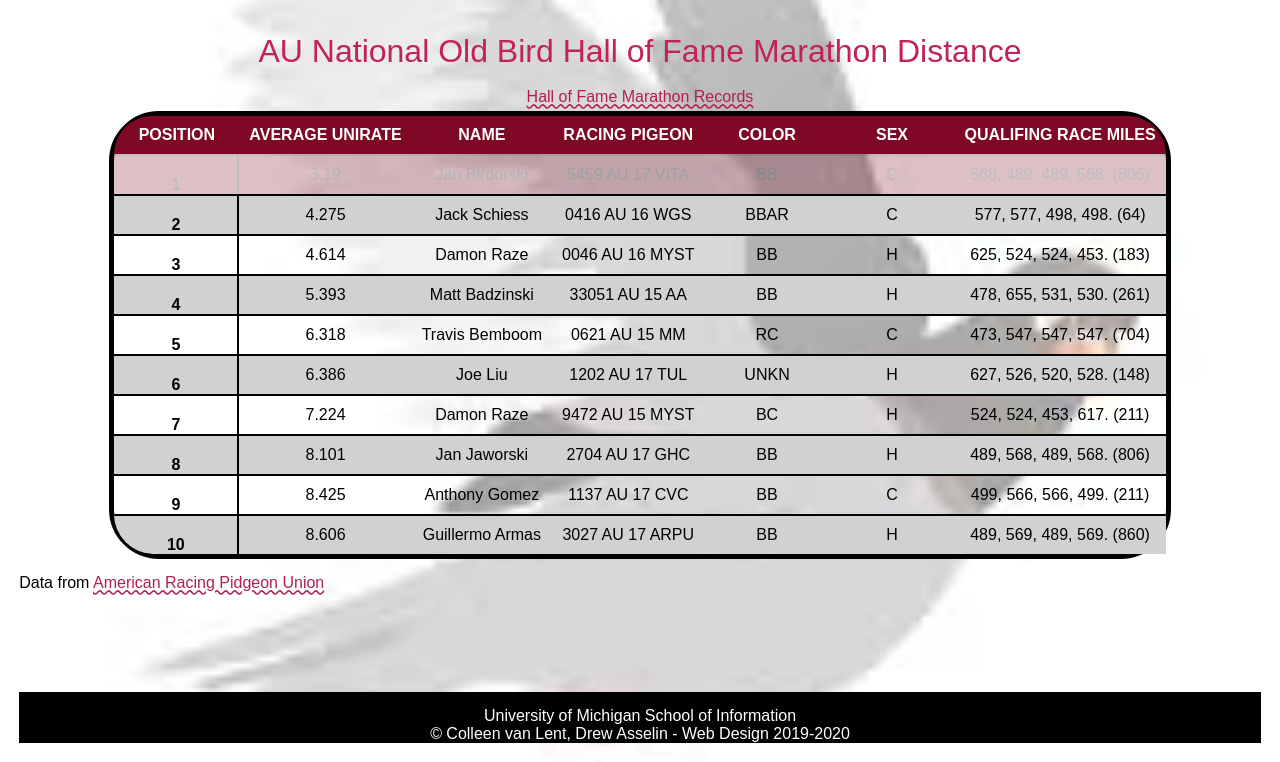
Repository: jiaqili0803/SI_539
Page: hw4-2021-main/hw4-2021-main/index.html
An editor plug-in stored every save of this project. The page is shown before and after the next save, followed by the edit.
The browser window is 1280 px wide. The pictures show the whole page.
The pointer rests on the first visible `tbody tr`.
Some web fonts or font styles are not loaded; a fallback is used.

Above is the page before, as saved 2021-10-02 18:34:03.

### hw4-2021-main/hw4-2021-main/index.html
<!DOCTYPE html>
<html lang="en">
  <head>
    <meta charset="UTF-8">
    <link rel="shortcut icon" type="image/png" href="images/pigeon-icon.png"/>
    <link rel="stylesheet", type="text/css" href="css/html5reset.css">
    <link rel="stylesheet", type="text/css" href="css/style.css">
    <link href='https://fonts.googleapis.com/css?family=Andika' rel='stylesheet'>

    <!-- Image by <a href="https://pixabay.com/users/chiplanay-1971251/?utm_source=link-attribution&amp;utm_medium=referral&amp;utm_campaign=image&amp;utm_content=3303111">chiplanay</a> from <a href="https://pixabay.com/?utm_source=link-attribution&amp;utm_medium=referral&amp;utm_campaign=image&amp;utm_content=3303111">Pixabay</a> -->
    <title>2021 AU National Old Bird Hall of Fame Marathon Distance</title>
  </head>
  <!-- ***************************************
  * Tips!
  *
  * Remember there are two parts of a table - thead and tbody!
  *        This will be helpful to remember when making rounded corners.
  *
  * Classes that are in-line are helpful for formatting the parts you want.
  *        But what if you want to format something programmatically? Remember Psuedoclasses!
  *
  * Setting background images in CSS can be alittle tricky. Double-check the formatting!
  *        It works a litle differently than adding images in HTML
  *
  * Remember you want the footer to always be at the very bottom of the page.
  *        Remember the different kinds of positining. You also might want to look at the margins for the main section!
  *
  * Using web fonts requires two parts - one goes in the HTML and one goes in the CSS
  *
  * You can do it! (*•̀ᴗ•́*)و
  ******************************************** -->
  <body>
    <h1>AU National Old Bird Hall of Fame Marathon Distance</h1>
    <main>
      <table>
        <caption><a href = "https://pigeon-ndb.com/results/">Hall of Fame Marathon Records</a></caption>
      <thead>
        <tr>
          <th scope="col" class="colhead">Position</th>
          <th scope="col" class="colhead">Average Unirate</th>
          <th scope="col" class="colhead">Name</th>
          <th scope="col" class="colhead">Racing Pigeon</th>
          <th scope="col" class="colhead">Color</th>
          <th scope="col" class="colhead">Sex</th>
          <th scope="col" class="colhead">Qualifing Race Miles</th>
        </tr>
      </thead>
      <tbody>
       <tr>
         <th scope="row" class="rowhead">1</th>
         <td>3.19</td>
         <td>Jan Birdorski</td>
         <td>5459 AU 17 VITA</td>
         <td>BB</td>
         <td>C</td>
         <td>568, 489, 489, 568. (806)</td>
       </tr>
       <tr>
         <th scope="row" class="rowhead">2</th>
         <td>4.275</td>
         <td>Jack Schiess</td>
         <td>0416 AU 16 WGS</td>
         <td>BBAR</td>
         <td>C</td>
         <td>577, 577, 498, 498. (64)</td>
       </tr>
       <tr>
         <th scope="row" class="rowhead">3</th>
         <td>4.614</td>
         <td>Damon Raze</td>
         <td>0046 AU 16 MYST</td>
         <td>BB</td>
         <td>H</td>
         <td>625, 524, 524, 453. (183)</td>
       </tr>
       <tr>
         <th scope="row" class="rowhead">4</th>
         <td>5.393</td>
         <td>Matt Badzinski</td>
         <td>33051 AU 15 AA</td>
         <td>BB</td>
         <td>H</td>
         <td>478, 655, 531, 530. (261)</td>
       </tr>
       <tr>
         <th scope="row" class="rowhead">5</th>
         <td>6.318</td>
         <td>Travis Bemboom</td>
         <td>0621 AU 15 MM</td>
         <td>RC</td>
         <td>C</td>
         <td>473, 547, 547, 547. (704)</td>
       </tr>
       <tr>
         <th scope="row" class="rowhead">6</th>
         <td>6.386</td>
         <td>Joe Liu</td>
         <td>1202 AU 17 TUL</td>
         <td>UNKN</td>
         <td>H</td>
         <td>627, 526, 520, 528. (148)</td>
       </tr>
       <tr>
         <th scope="row" class="rowhead">7</th>
         <td>7.224</td>
         <td>Damon Raze</td>
         <td>9472 AU 15 MYST</td>
         <td>BC</td>
         <td>H</td>
         <td>524, 524, 453, 617. (211)</td>
       </tr>
       <tr>
         <th scope="row" class="rowhead">8</th>
         <td>8.101</td>
         <td>Jan Jaworski</td>
         <td>2704 AU 17 GHC</td>
         <td>BB</td>
         <td>H</td>
         <td>489, 568, 489, 568. (806)</td>
       </tr>
       <tr>
         <th scope="row" class="rowhead">9</th>
         <td>8.425</td>
         <td>Anthony Gomez</td>
         <td>1137 AU 17 CVC</td>
         <td>BB</td>
         <td>C</td>
         <td>499, 566, 566, 499. (211)</td>
       </tr>
       <tr>
         <th scope="row" class="rowhead">10</th>
         <td>8.606</td>
         <td>Guillermo Armas</td>
         <td>3027 AU 17 ARPU</td>
         <td>BB</td>
         <td>H</td>
         <td>489, 569, 489, 569. (860)</td>
       </tr>
      </tbody>
    </table>
    <p class="datacite">Data from <a href="https://pigeon-ndb.com/results/hof">American Racing Pidgeon Union</a></p>
    </main>
    <footer>
      <p>University of Michigan School of Information <br/>
        &copy; Colleen van Lent, Drew Asselin - Web Design 2019-2020</p>
    </footer>
  </body>
</html>

### hw4-2021-main/hw4-2021-main/css/html5reset.css
/*
    HTML5 Reset :: style.css
    ----------------------------------------------------------
    We have learned much from/been inspired by/taken code where offered from:
    Eric Meyer                  :: http://meyerweb.com
    HTML5 Doctor                :: http://html5doctor.com
    and the HTML5 Boilerplate   :: http://html5boilerplate.com
-------------------------------------------------------------------------------*/

/* Let's default this puppy out
-------------------------------------------------------------------------------*/

html, body, body div, span, object, iframe, h1, h2, h3, h4, h5, h6, p, blockquote, pre, abbr, address, cite, code, del, dfn, em, img, ins, kbd, q, samp, small, strong, sub, sup, var, b, i, dl, dt, dd, ol, ul, li, fieldset, form, label, legend, table, caption, tbody, tfoot, thead, tr, th, td, article, aside, figure, footer, header, menu, nav, section, time, mark, audio, video, details, summary {
    margin: 0;
    padding: 0;
    border: 0;
    font-size: 100%;
    font-weight: normal;
    vertical-align: baseline;
    background: transparent;
}

main, article, aside, figure, footer, header, nav, section, details, summary {display: block;}

/* Handle box-sizing while better addressing child elements:
   http://css-tricks.com/inheriting-box-sizing-probably-slightly-better-best-practice/ */
html {
    box-sizing: border-box;
}

*,
*:before,
*:after {
    box-sizing: inherit;
}

/* consider resetting the default cursor: https://gist.github.com/murtaugh/5247154 */

/* Responsive images and other embedded objects */
/* if you don't have full control over `img` tags (if you have to overcome attributes), consider adding height: auto */
img,
object,
embed {max-width: 100%;}

/*
   Note: keeping IMG here will cause problems if you're using foreground images as sprites.
    In fact, it *will* cause problems with Google Maps' controls at small size.
    If this is the case for you, try uncommenting the following:
#map img {
        max-width: none;
}
*/

/* force a vertical scrollbar to prevent a jumpy page */
html {overflow-y: scroll;}

/* we use a lot of ULs that aren't bulleted.
    you'll have to restore the bullets within content,
    which is fine because they're probably customized anyway */
ul {list-style: none;}

blockquote, q {quotes: none;}

blockquote:before,
blockquote:after,
q:before,
q:after {content: ''; content: none;}

a {margin: 0; padding: 0; font-size: 100%; vertical-align: baseline; background: transparent;}

del {text-decoration: line-through;}

abbr[title], dfn[title] {border-bottom: 1px dotted #000; cursor: help;}

/* tables still need cellspacing="0" in the markup */
table {border-collapse: separate; border-spacing: 0;}
th {font-weight: bold; vertical-align: bottom;}
td {font-weight: normal; vertical-align: top;}

hr {display: block; height: 1px; border: 0; border-top: 1px solid #ccc; margin: 1em 0; padding: 0;}

input, select {vertical-align: middle;}

pre {
    white-space: pre; /* CSS2 */
    white-space: pre-wrap; /* CSS 2.1 */
    white-space: pre-line; /* CSS 3 (and 2.1 as well, actually) */
    word-wrap: break-word; /* IE */
}

input[type="radio"] {vertical-align: text-bottom;}
input[type="checkbox"] {vertical-align: bottom;}
.ie7 input[type="checkbox"] {vertical-align: baseline;}
.ie6 input {vertical-align: text-bottom;}

select, input, textarea {font: 99% sans-serif;}

table {font-size: inherit; font: 100%;}

small {font-size: 85%;}

strong {font-weight: bold;}

td, td img {vertical-align: top;}

/* Make sure sup and sub don't mess with your line-heights http://gist.github.com/413930 */
sub, sup {font-size: 75%; line-height: 0; position: relative;}
sup {top: -0.5em;}
sub {bottom: -0.25em;}

/* standardize any monospaced elements */
pre, code, kbd, samp {font-family: monospace, sans-serif;}

/* hand cursor on clickable elements */
.clickable,
label,
input[type=button],
input[type=submit],
input[type=file],
button {cursor: pointer;}

/* Webkit browsers add a 2px margin outside the chrome of form elements */
button, input, select, textarea {margin: 0;}

/* make buttons play nice in IE */
button,
input[type=button] {width: auto; overflow: visible;}

/* scale images in IE7 more attractively */
.ie7 img {-ms-interpolation-mode: bicubic;}

/* prevent BG image flicker upon hover
   (commented out as usage is rare, and the filter syntax messes with some pre-processors)
.ie6 html {filter: expression(document.execCommand("BackgroundImageCache", false, true));}
*/

/* let's clear some floats */
.clearfix:after { content: " "; display: block; clear: both; }

### hw4-2021-main/hw4-2021-main/css/style.css
/*STARTER CODE*/

/*
We have started some of the selectors for you.
For others we have provided hints on what the selectors should be.
There are some missing selectors.
Make sure to learn what the starter code does!!
*/

/*STARTER CODE - DO NOT CHANGE*/
main{
  margin-bottom: 100px;
}

caption{
  margin:5px 0px;
}

/* If you decide to uncomment this code, comment it back for the Autograder. */
/* tr{
  -webkit-transition: background-color 0.5s ease;
  transition: background-color 0.5s ease;
} */

/*END STARTER CODE*/

body{
  color: #000000;
  font-size: 16px;
  margin: 1.2em;
  background-size: cover ;
  background-position: center;
  font-family: "Andika", Sans-Serif;
  background-image: url("../images/pigeon-background.JPEG");
  background-color: #DDDDDD;

  /*Req 1*/
}

h1{
  color: #c12258;
  font-size: 32px;
  text-align:center;
  line-height: 2 ;

  /*Req 2*/
}

p{
  padding-top: 15px;

}

a{
  font-size: 16px;
  color: #B21F50;
  text-decoration-style: wavy;

}

/*Req 5*/
/*Add selector and rule here*/
*:focus {
  border-width: 3px;
  border-color: #417243;
  border-style: dashed;
}


td{
  text-align:center;
  border-top: 2px solid #000000;
  padding: 10px

}


.colhead{
  color: #FFFFFF;
  min-width: 125px;
  padding: 10px;
  text-align: center;
  vertical-align: middle;
  background-color: #7e0825;
  text-transform: uppercase;





}

.rowhead{
  border-top: 2px solid #000000;
  border-right: 2px solid #000000;


}


table{
  border: 5px solid #000000;
  margin-left: auto;
  margin-right: auto;
  border-radius: 50px;


}

/* I gave you the selector, but not the property-value pair.
You can use Inspect Element or your editor to find selectors. */
thead th:first-child{
  border-top-left-radius: 50px;
}

thead th:last-child{
  border-top-right-radius: 50px;
}

tbody tr:last-child th:first-child{
  border-bottom-left-radius: 50px;


}

tbody tr:nth-child(2n+1) {
  background-color:transparent;
}

tbody tr:nth-child(2n) {
  background-color:#D1D1D1;
}

tbody tr:hover {
  background-color: #7e0825;
  Opacity: 25%

}



/*Add selectors and rules here*/



footer{
  width:100%;
  background:#000000;
  text-align:center;
  color: #FFFFFF;
}

After the next save:
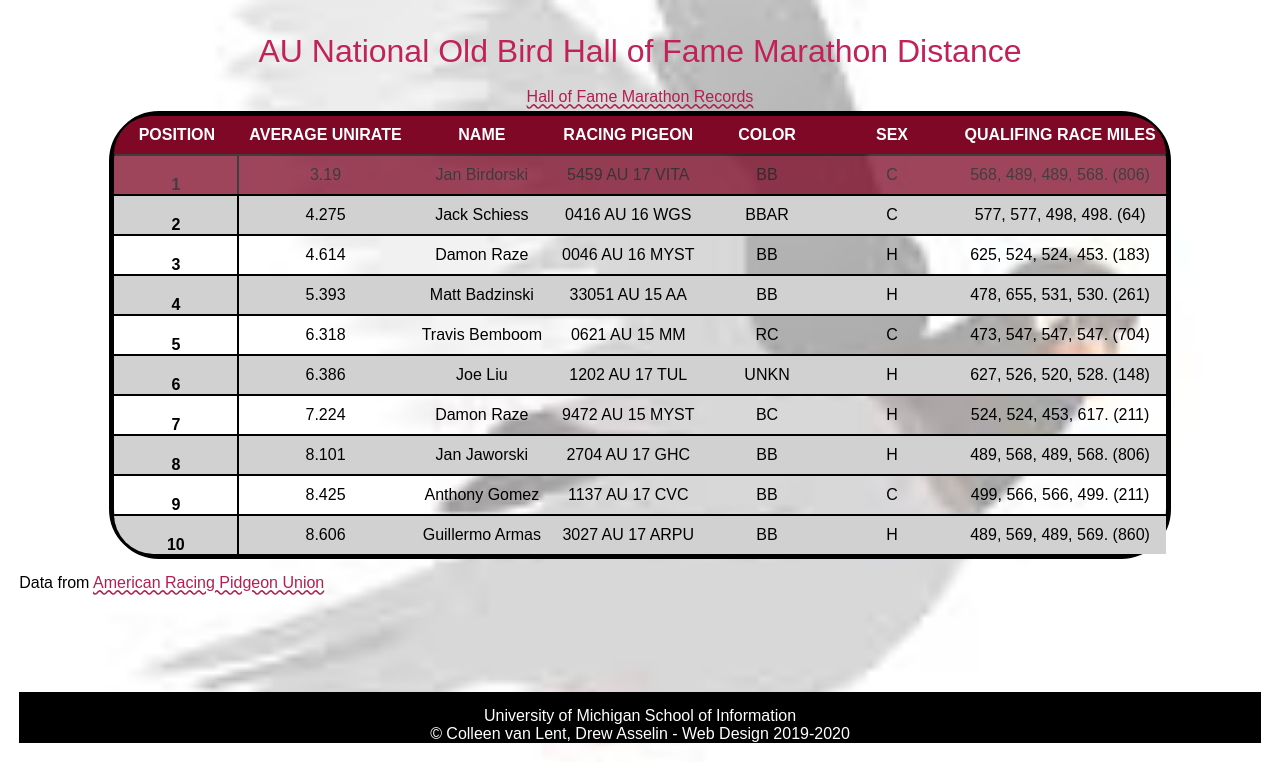
Saved 105 s later.
--- a/hw4-2021-main/hw4-2021-main/css/style.css
+++ b/hw4-2021-main/hw4-2021-main/css/style.css
@@ -133,7 +133,7 @@
 
 tbody tr:hover {
   background-color: #7e0825;
-  Opacity: 25%
+  Opacity: 75%
 
 }
 

After the save that followed:
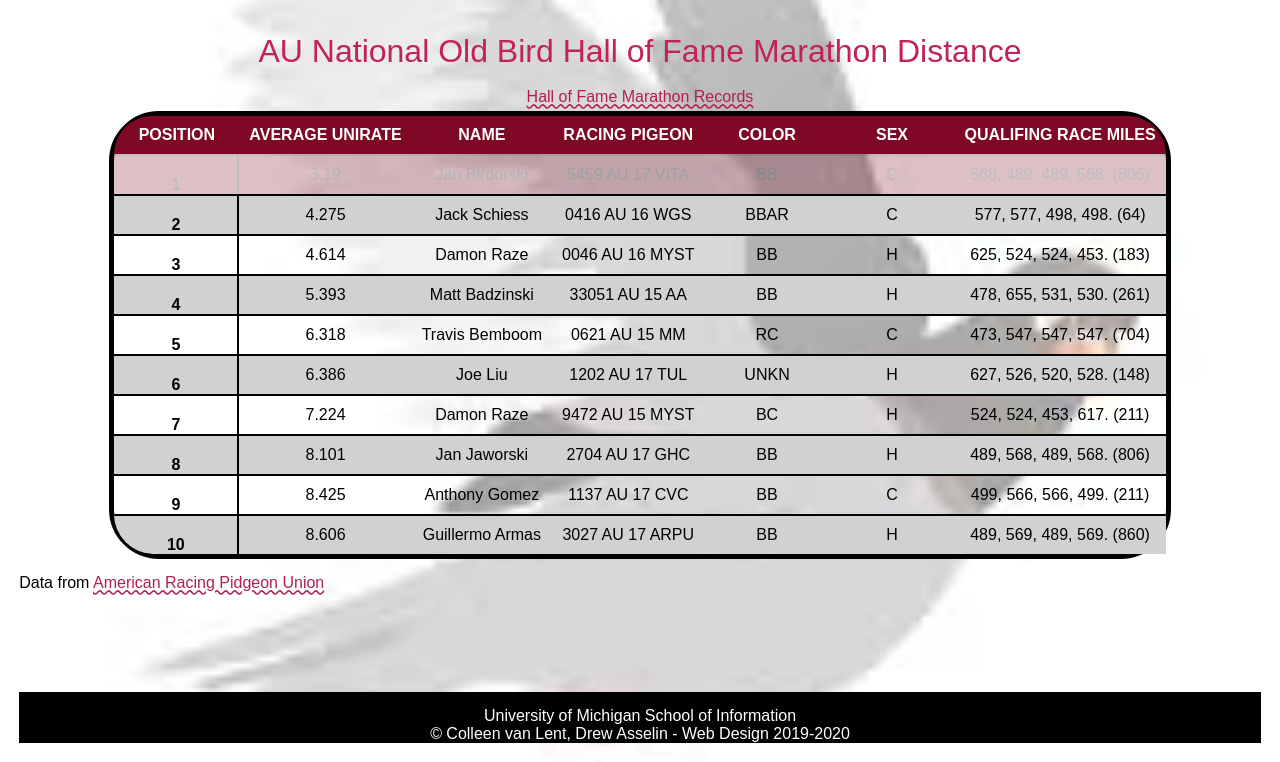
Saved 7 s later.
--- a/hw4-2021-main/hw4-2021-main/css/style.css
+++ b/hw4-2021-main/hw4-2021-main/css/style.css
@@ -133,7 +133,7 @@
 
 tbody tr:hover {
   background-color: #7e0825;
-  Opacity: 75%
+  Opacity: 25%
 
 }
 
